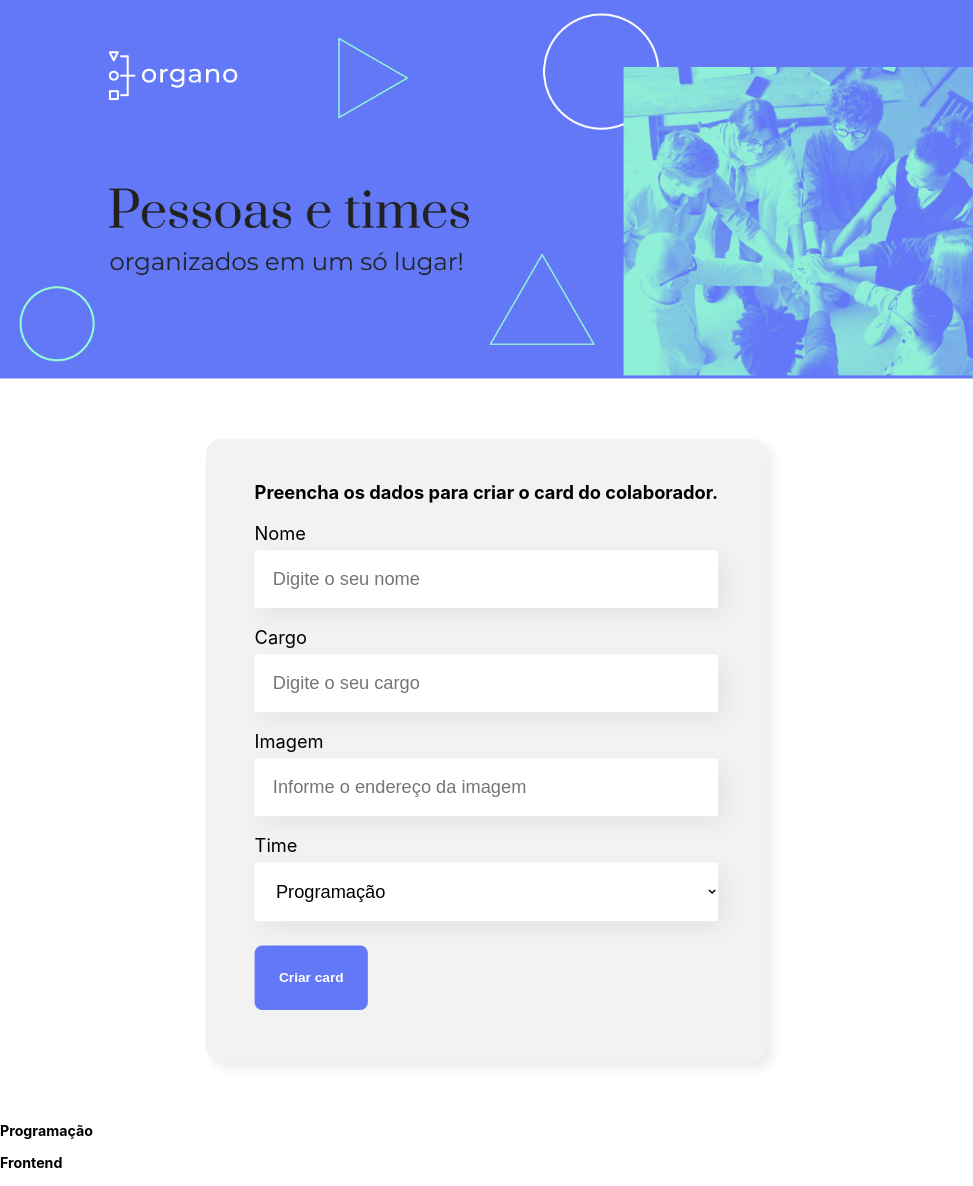
Repository: devMuriloOliveira/organo
Page: /
These files come from the project's save history. The page is drawn as it stood at one moment and after the next save; the edit follows.
The browser window is 1280 px wide. The pictures show the whole page, at 76% of full size.
The project was rebuilt for these pictures with package versions that can differ from the ones it lists, and the page was loaded fresh each time. Also part of the build but not shown: src/componentes/Time/Time.css.

Above is the page before, as saved 2023-01-13 14:49:00.

After the next save:
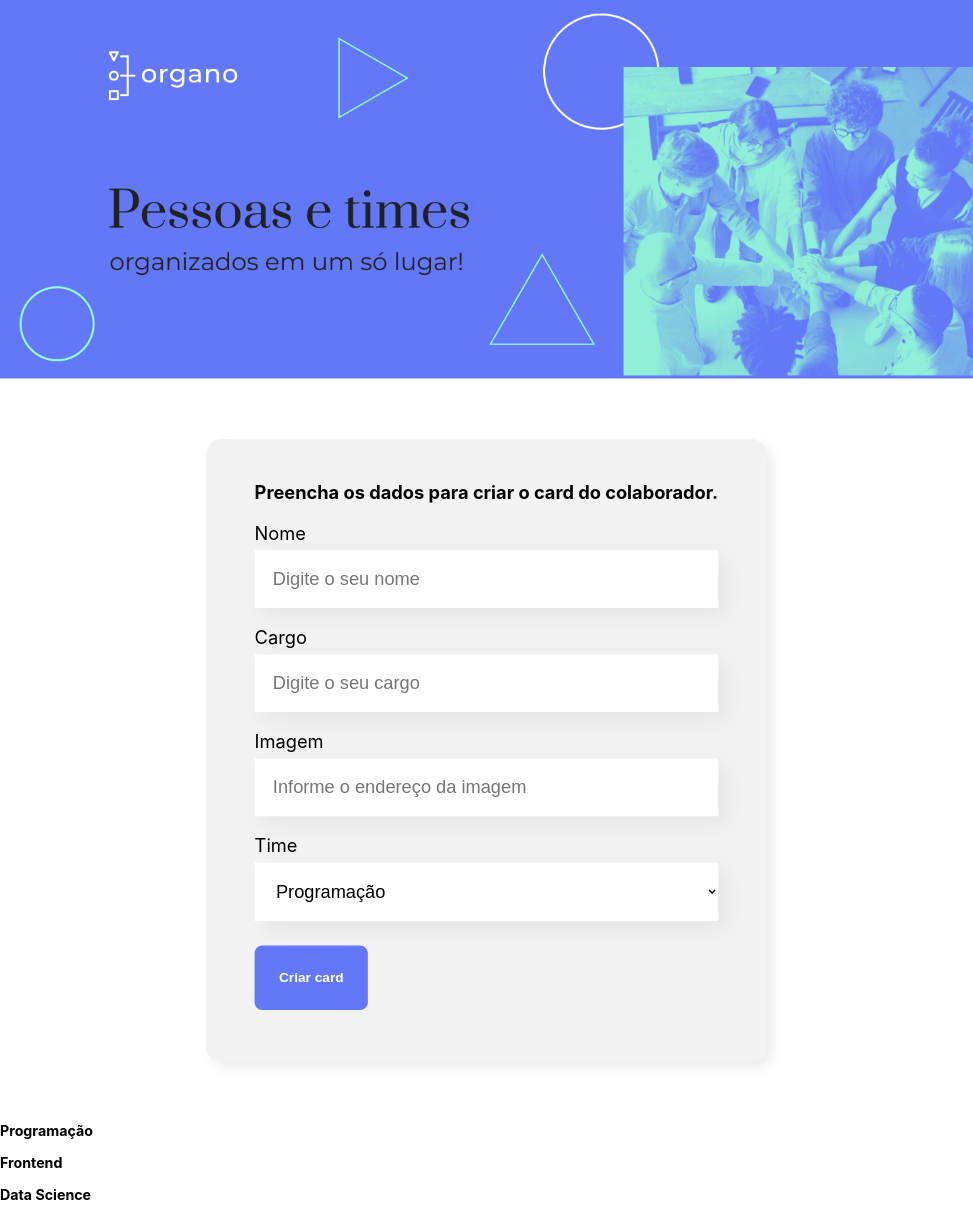
Saved 110 s later.
--- a/src/App.js
+++ b/src/App.js
@@ -20,6 +20,8 @@
       <Formulario aoColaboradorCadastrado={colaborador => aoNovoColaboradorAdicionado(colaborador)} />
       <Time nome="Programação"/>
       <Time nome="Frontend"/>
+      <Time nome="Data Science"/>
+
 
 
     </div>
